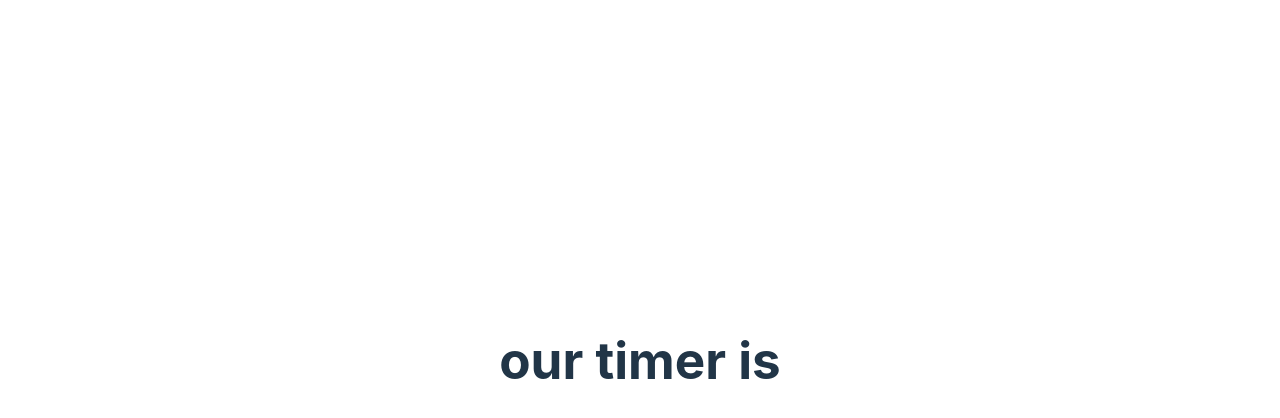
Repository: FARMAN9/inputdata-useRef-and-useEffect
Page: /
An editor plug-in stored every save of this project. The page is shown before and after the next save, followed by the edit.
The browser window is 1280 px wide. The pictures show the whole page.
The project was rebuilt for these pictures with package versions that can differ from the ones it lists, and the page was loaded fresh each time. Also part of the build but not shown: vite.config.js.

Above is the page before, as saved 2025-01-13 12:09:05.

After the next save:
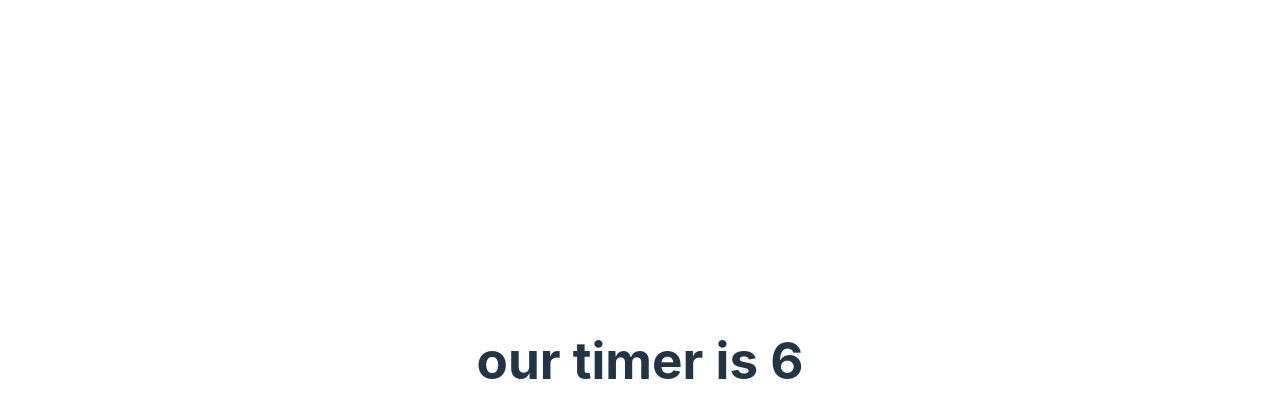
Saved 4 s later.
--- a/src/App.jsx
+++ b/src/App.jsx
@@ -11,9 +11,11 @@ function App() {
     }, 1000);
   });
 
-  return <>
-  <h1>our timer is {}</h1>
-  </>;
+  return (
+    <>
+      <h1>our timer is {count}</h1>
+    </>
+  );
 }
 
 export default App;
